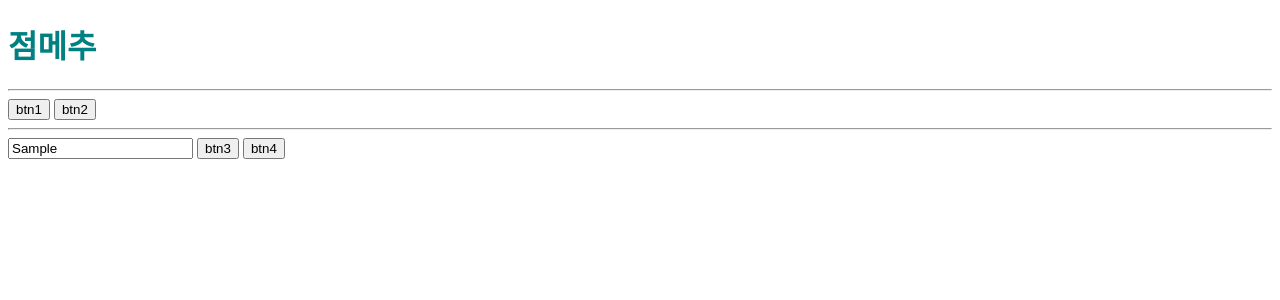
Repository: womss/sexyguy
Page: Spring/Feb13_1_jQuery/WebContent/2_CSS.html
An editor plug-in stored every save of this project. The page is shown before and after the next save, followed by the edit.
The browser window is 1280 px wide. The pictures show the whole page.
Empty fields were first filled with sample values (such as "Sample", 5 or name@example.com).
After loading, the first visible `#btn1` was clicked once.

Above is the page before, as saved 2025-02-13 03:17:39.

### Spring/Feb13_1_jQuery/WebContent/2_CSS.html
<!DOCTYPE html>
<html>
<head>
<meta charset="UTF-8">
<title>Insert title here</title>
<style type="text/css">
	h1 {
		color: red;
		transition: all 0.5s ease-out;
	}



		</style>
</script>
<script type="text/javascript" src="jQuery.js"></script>
<script type="text/javascript">
	$(function() {
		// $("선택자").css("속성명","값");

		// btn1을 누르면 h1의 글자색이 teal,
		//			h1의 배경색이 pink로 바뀌게

		// btn2을 누르면 현재 h1의 글자색을 alert창에 출력!

		// btn3을 누르면 input에 입력한 값대로 h1의 글자크기가 바뀌도록!

		// btn4를 누르면 input의 가로길이를 input에 값으로 출력

		$("#btn1").click(() => {
			$("h1").css("color", "teal");
		});


	});
</script>
</head>
<body>
	<h1>점메추</h1>
	<hr>
	<button id="btn1">btn1</button>
	<button id="btn2">btn2</button>
	<hr>
	<input id="i">
	<button id="btn3">btn3</button>
	<button id="btn4">btn4</button>
</body>
</html>

Loaded but not shown: Spring/Feb13_1_jQuery/WebContent/jQuery.js (library)

After the next save:
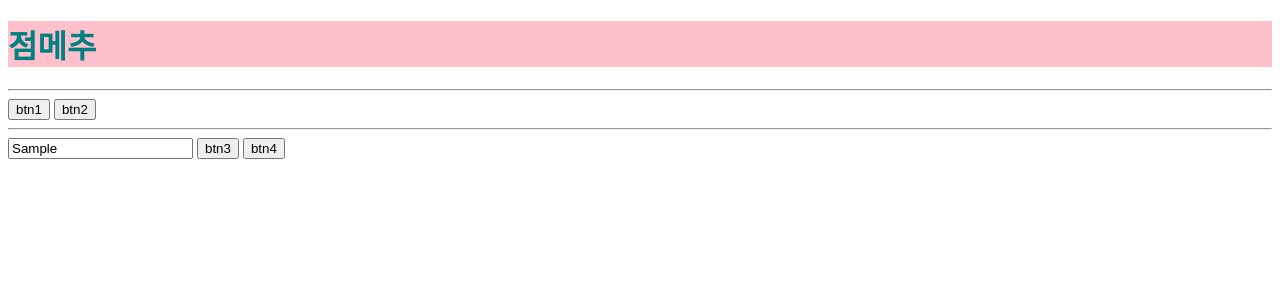
Saved 33 s later.
--- a/Spring/Feb13_1_jQuery/WebContent/2_CSS.html
+++ b/Spring/Feb13_1_jQuery/WebContent/2_CSS.html
@@ -29,6 +29,7 @@
 
 		$("#btn1").click(() => {
 			$("h1").css("color", "teal");
+			$("h1").css("background-color", "pink");
 		});
 
 
